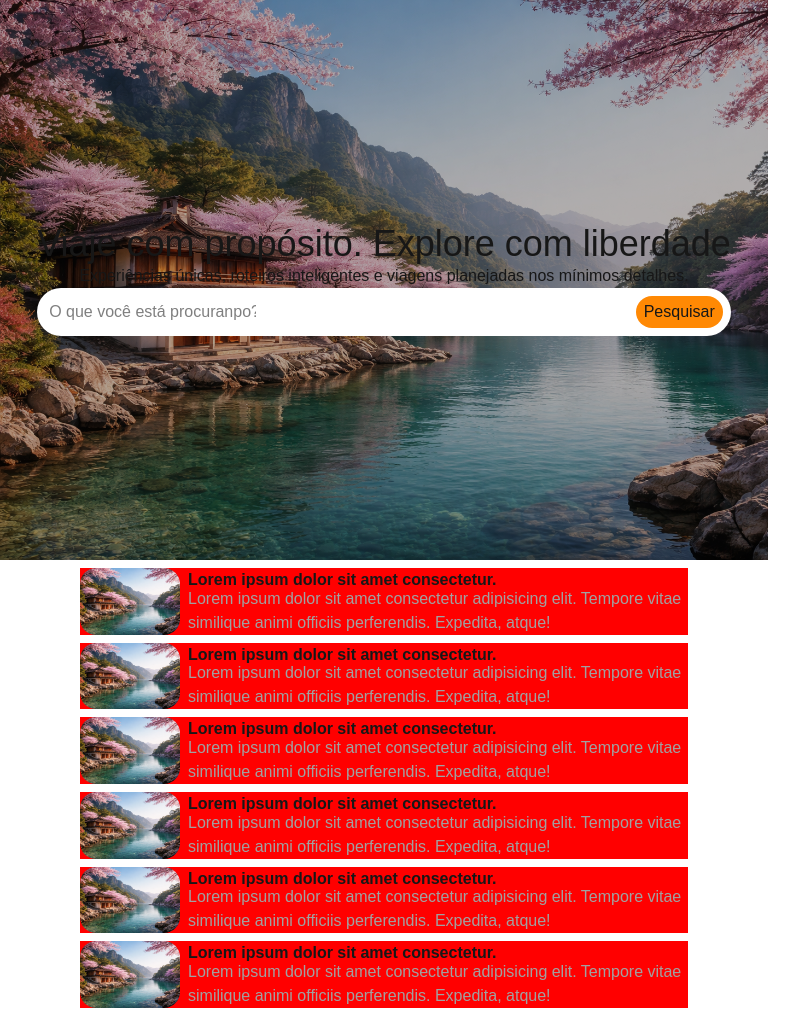
Repository: pedroantoniosi/tripicon-site
Page: /home
These files come from the project's save history. The page is drawn as it stood at one moment and after a run of saves; the edit follows.
The browser window is 768 px wide. The page is 796 px wide, so the pictures cover 796 px, including what lies to the right of the window. The pictures show the whole page.
The project was rebuilt for these pictures with package versions that can differ from the ones it lists, and the page was loaded fresh each time. The framework's server and built-in components were replaced by stand-ins that run in the browser. Also part of the build but not shown: next.config.ts.

Above is the page before, as saved 2026-04-01 21:02:10.

After the next 2 saves:
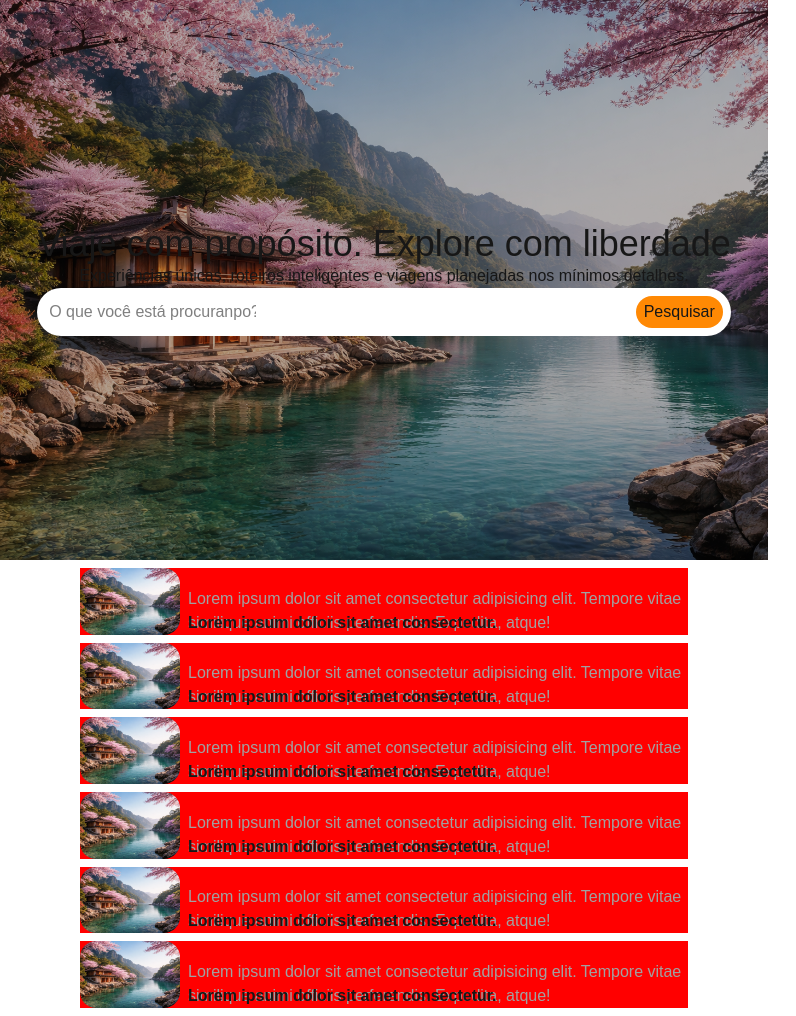
The 2 saves are shown as one change because they came seconds apart.
The last was saved 10 s later.
--- a/src/app/home/page.module.css
+++ b/src/app/home/page.module.css
@@ -46,7 +46,7 @@
             & .title {
                 width: 100%;
                 position: absolute;
-                top: 0;
+                bottom: 0;
                 z-index: 1;
             }
         }
